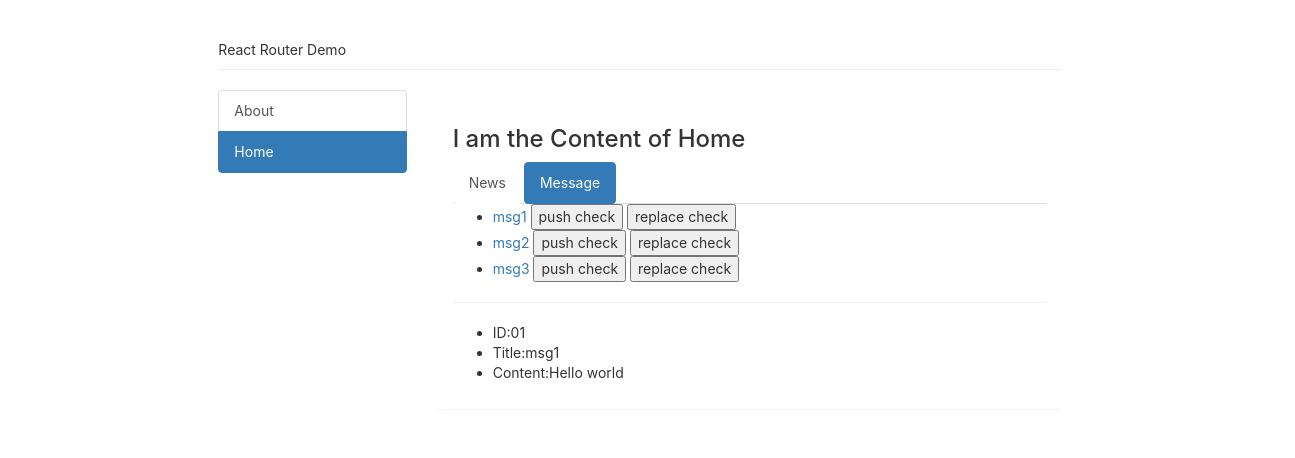
Repository: wenxi0504/Pubsub220113
Page: /home/message/details/01/msg1 (app in githubsearch/)
An editor plug-in stored every save of this project. The page is shown before and after the next save, followed by the edit.
The browser window is 1280 px wide. The page is 1295 px wide, so the pictures cover 1295 px, including what lies to the right of the window. The pictures show the whole page.
The project was rebuilt for these pictures with package versions that can differ from the ones it lists, and the page was loaded fresh each time. Also part of the build but not shown: githubsearch/src/pages/About/index.js. Imported but missing from the stored project, and not drawn on this page: githubsearch/src/pages/Home/News/index.

Above is the page before, as saved 2022-01-18 22:06:07.

After the next save:
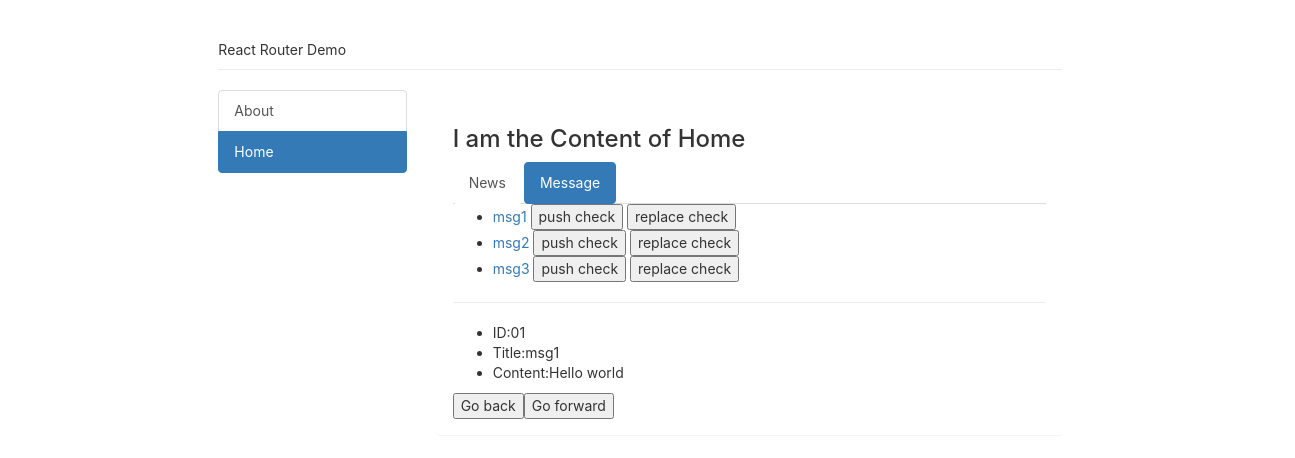
Saved 4 min 22 s later.
--- a/githubsearch/src/pages/Home/Message/index.jsx
+++ b/githubsearch/src/pages/Home/Message/index.jsx
@@ -23,6 +23,12 @@ export default class Message extends Component {
 
   }
 
+  back=()=>{}
+
+  forward=()=>{
+console.log("forward", this)
+  }
+
   render() {
     const{messageArr}=this.state
     return (
@@ -46,7 +52,8 @@ export default class Message extends Component {
         <Routes>
         <Route path="details/:id/:title" element={<Details/>}></Route>
         </Routes>
-
+        <button onClick={this.back}>Go back</button>
+        <button onClick={this.forward}>Go forward</button>
 
       </div>
     );
